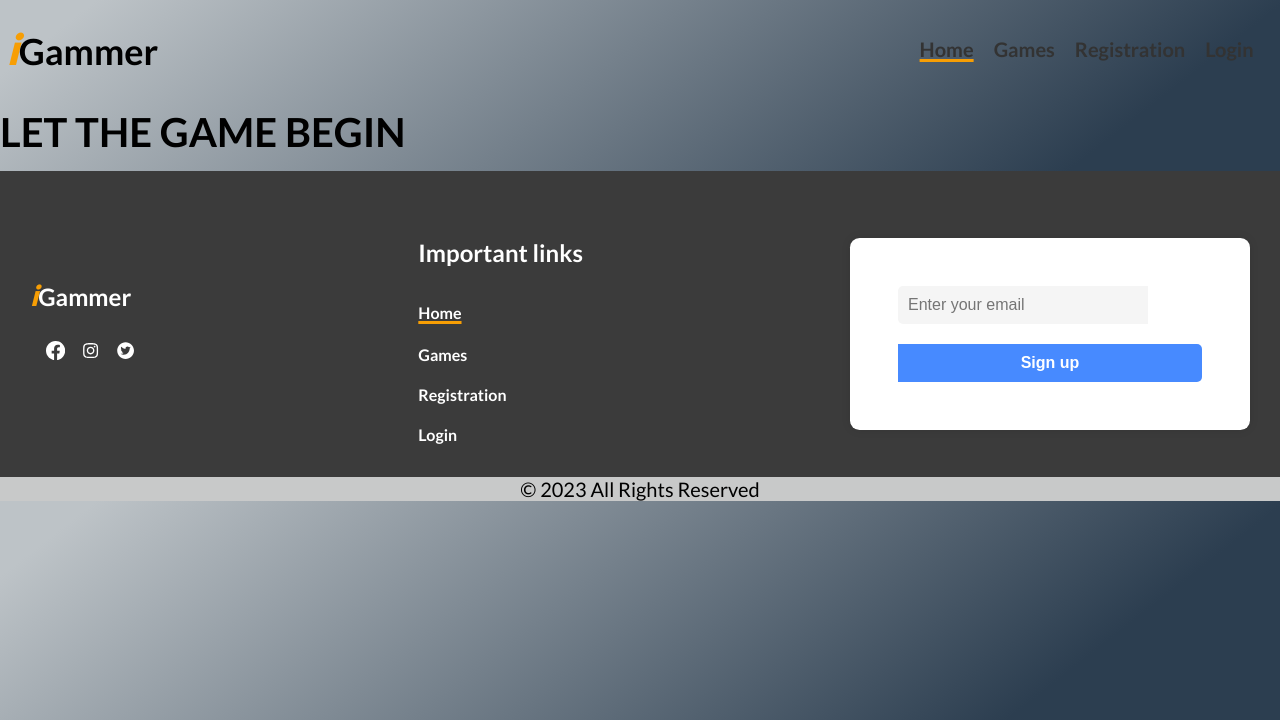
Repository: DannyMyles/iGammer
Page: /
These files come from the project's save history. The page is drawn as it stood at one moment and after the next save; the edit follows.
The browser window is 1280 px wide. The pictures show the whole page.
The project was rebuilt for these pictures with package versions that can differ from the ones it lists, and the page was loaded fresh each time. Also part of the build but not shown: src/pages/games/games.css, src/pages/games/Games.tsx, src/pages/home/home.css, src/pages/login/Login.tsx, src/pages/playgame/playgame.css, src/pages/playgame/PlayGame.tsx, src/pages/register/register.css, src/pages/register/Register.tsx.

Above is the page before, as saved 2023-03-16 13:22:31.

After the next save:
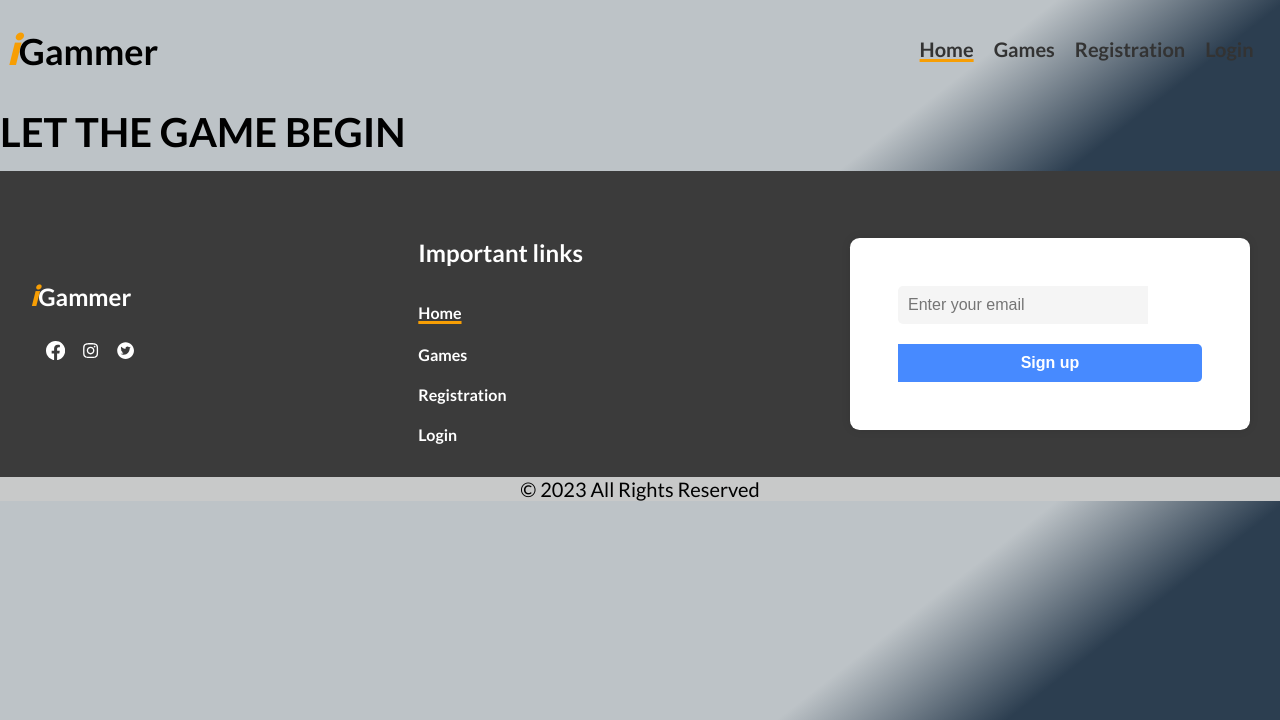
Saved 9 s later.
--- a/src/index.css
+++ b/src/index.css
@@ -7,7 +7,7 @@ body {
 	margin: 0;
 	padding: 0;
 	background: linear-gradient(#bdc3c7 → #2c3e50);
-	background: linear-gradient(142deg, #bdc3c7 5%, #2c3e50 67%);
+	background: linear-gradient(142deg, #bdc3c7 55%, #2c3e50 67%);
 	align-items: center;
 	flex-direction: column;
 	font-family: 'Lato', sans-serif;
